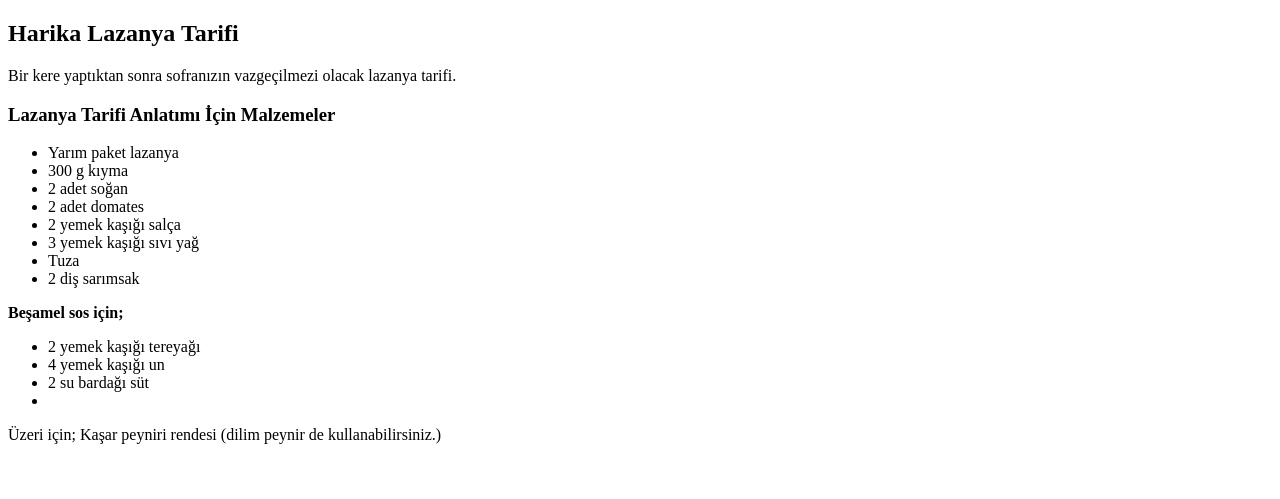
Repository: rizacantire/html
Page: Odev3/index.html
The author's editor kept a copy of each file at every save. The page is drawn from the files as they stood at one save, then again after the next save.
The browser window is 1280 px wide. The pictures show the whole page.

Above is the page before, as saved 2021-12-07 00:00:31.

### Odev3/index.html
<!DOCTYPE html>
<html lang="tr">
<head>
    <meta charset="UTF-8">
    <meta http-equiv="X-UA-Compatible" content="IE=edge">
    <meta name="viewport" content="width=device-width, initial-scale=1.0">
    <title>Lazanya Tarifi</title>
</head>
<body>
    <!-- Navbar - Start -->
    <header>
        <nav>
            <h1>Harika Lazanya Tarifi</h1>
            <p>Bir kere yaptıktan sonra sofranızın vazgeçilmezi olacak lazanya tarifi.</p>
        </nav>
    </header>
    <!-- Navbar - End -->

    <!-- Content - Start -->
    <section>
        <!-- Articles - Start -->
        <article>
            <h1>Lazanya Tarifi Anlatımı İçin Malzemeler</h1>
            <ul>
                <li>Yarım paket lazanya</li>
                <li>300 g kıyma</li>
                <li>2 adet  soğan</li>
                <li>2 adet domates</li>
                <li>2 yemek kaşığı salça</li>
                <li>3 yemek kaşığı sıvı yağ</li>
                <li>Tuza</li>
                <li>2 diş sarımsak</li>
            </ul>
            <b>Beşamel sos için;</b>
            <ul>


                <li>2 yemek kaşığı tereyağı</li>
                <li>4 yemek kaşığı un</li>
                <li>2 su bardağı süt</li>
                <li></li>
            </ul>

Üzeri için;

Kaşar peyniri rendesi (dilim peynir de kullanabilirsiniz.)
        </article>
        <!-- Articles - End -->
    </section>
    <!-- Content - End -->

    <!-- Footer - Start -->
    <footer>

    </footer>
    <!-- Footer - End -->
</body>
</html>

After the next save:
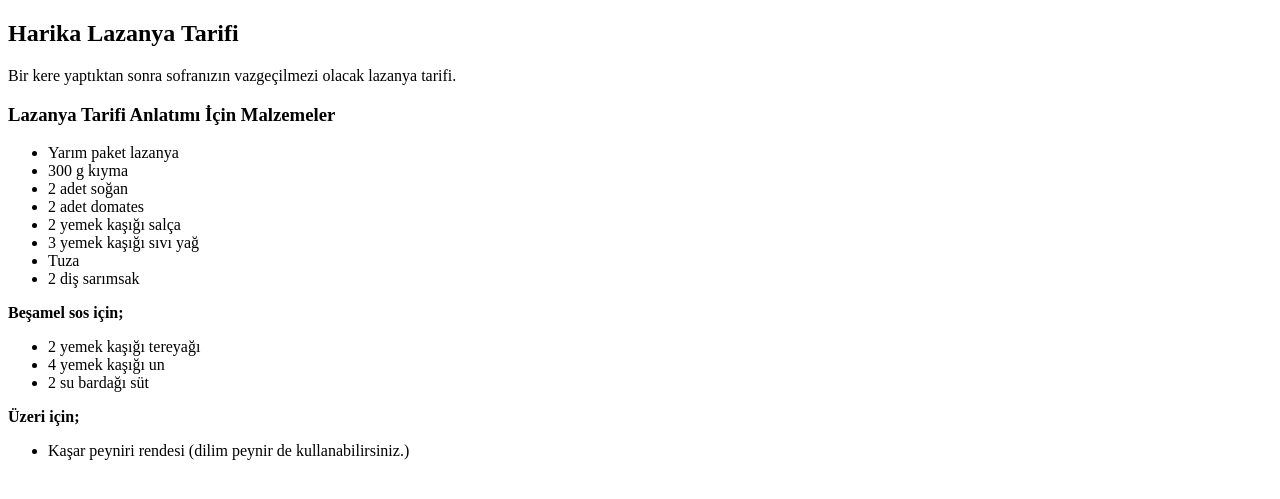
Saved 19 s later.
--- a/Odev3/index.html
+++ b/Odev3/index.html
@@ -38,12 +38,14 @@
                 <li>2 yemek kaşığı tereyağı</li>
                 <li>4 yemek kaşığı un</li>
                 <li>2 su bardağı süt</li>
-                <li></li>
+
+            </ul>
+            <b>Üzeri için;</b>
+            <ul>
+                <li>Kaşar peyniri rendesi (dilim peynir de kullanabilirsiniz.)</li>
             </ul>
 
-Üzeri için;
 
-Kaşar peyniri rendesi (dilim peynir de kullanabilirsiniz.)
         </article>
         <!-- Articles - End -->
     </section>
